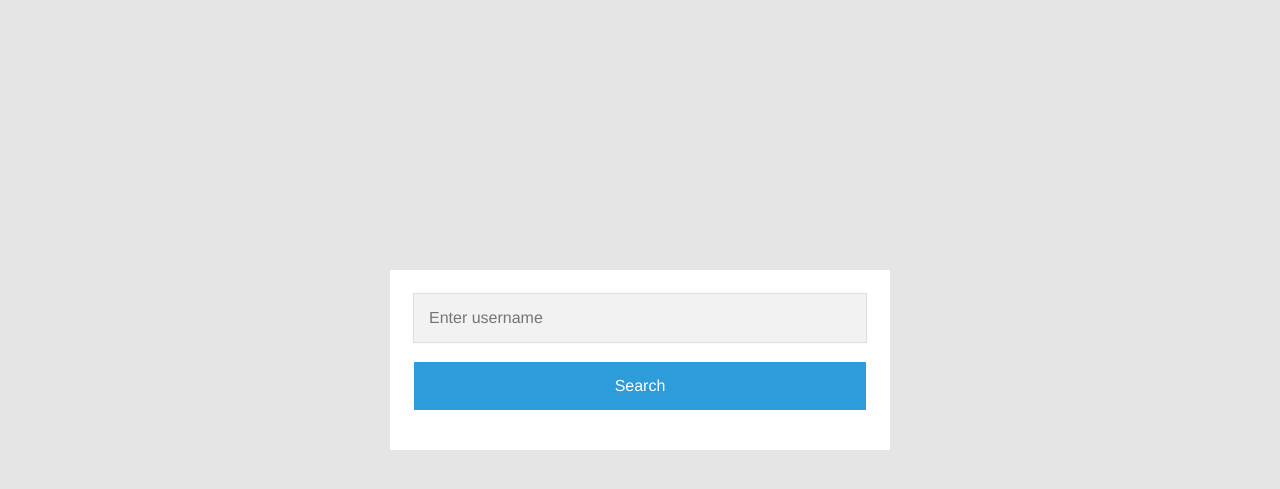
Repository: damianceglarz/ynd
Page: /
An editor plug-in stored every save of this project. The page is shown before and after the next save, followed by the edit.
The browser window is 1280 px wide. The pictures show the whole page.
The project was rebuilt for these pictures with package versions that can differ from the ones it lists, and the page was loaded fresh each time. Also part of the build but not shown: src/modules/UserSearch/components/UserSearchWrapper/UserSearchList/UserSearchListResult/UserSearchResultTile/UserSearchR, src/modules/UserSearch/components/UserSearchWrapper/UserSearchList/UserSearchListResult/UserSearchListResult.tsx.

Above is the page before, as saved 2021-10-03 17:34:03.

After the next save:
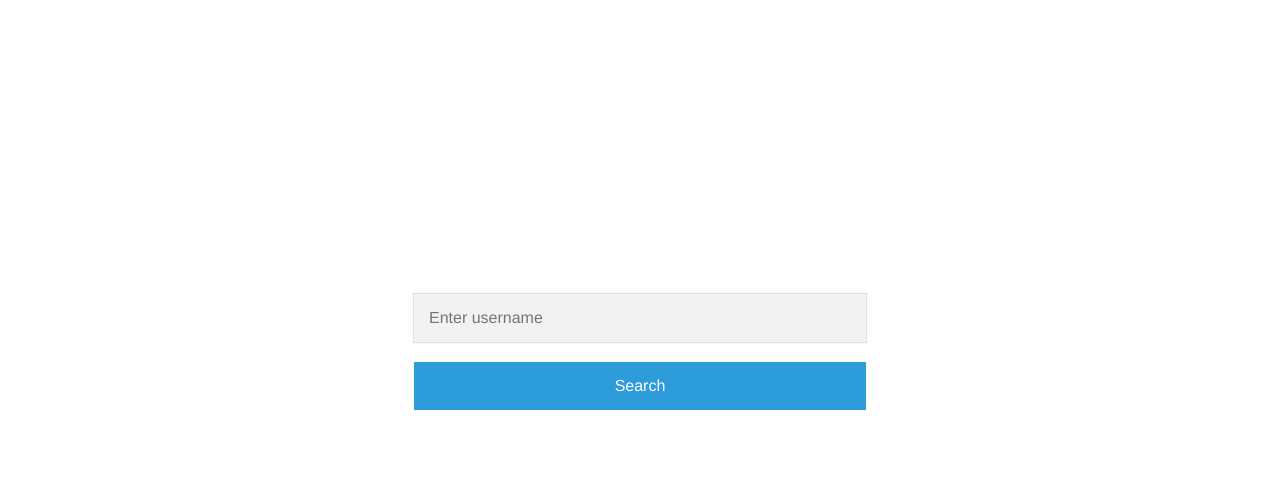
Saved 57 s later.
--- a/src/modules/UserSearch/UserSearch.tsx
+++ b/src/modules/UserSearch/UserSearch.tsx
@@ -1,3 +1,4 @@
+import { spacing } from "src/utils/units";
 import styled from "styled-components";
 import UserSearchBox from "./components/UserSearchWrapper/UserSearchWrapper";
 
@@ -7,6 +8,7 @@
   justify-content: center;
   width: 100vw;
   min-height: 100vh;
+  padding: ${spacing([4, 2])}
   background: ${({ theme }) => theme.colors.gray};
 `;
 

After the save that followed:
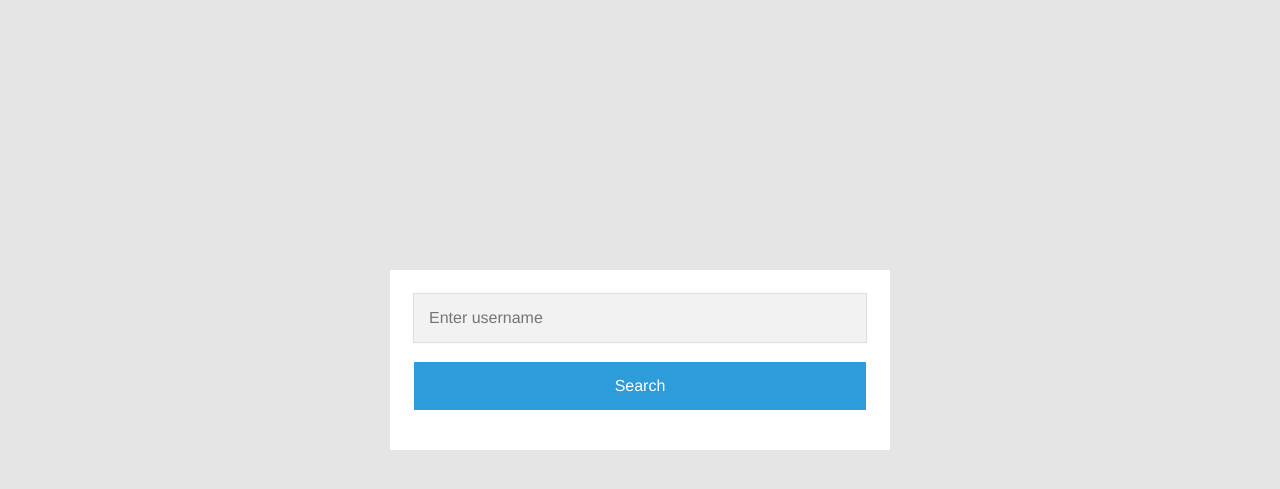
Saved 4 s later.
--- a/src/modules/UserSearch/UserSearch.tsx
+++ b/src/modules/UserSearch/UserSearch.tsx
@@ -8,7 +8,7 @@
   justify-content: center;
   width: 100vw;
   min-height: 100vh;
-  padding: ${spacing([4, 2])}
+  padding: ${spacing([4, 2])};
   background: ${({ theme }) => theme.colors.gray};
 `;
 
